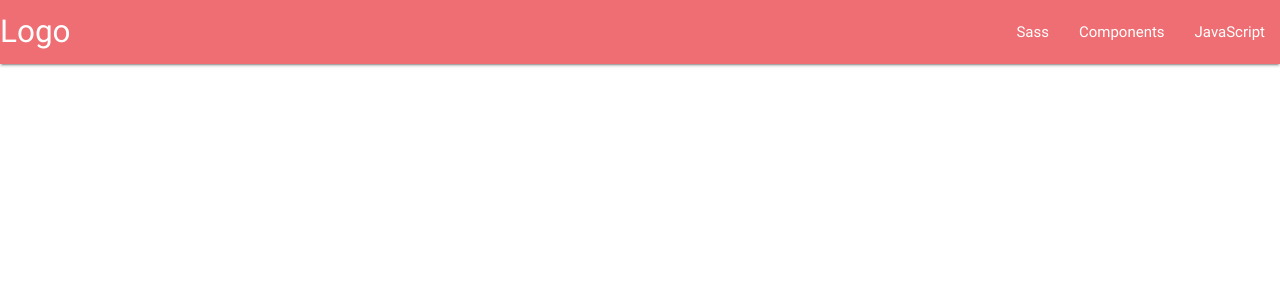
Repository: arcorco/dcd-milestone
Page: http://localhost/
The author's editor kept a record of every edit. The page is drawn from the files as they stood at one moment, then again after the next edit.
The browser window is 1280 px wide. The pictures show the whole page.
Some web libraries are served in a nearby version. The page is served by the project's application, run on Flask 3 (app.py). Queries for data that is not in the repository find no rows.

Above is the page before.

### templates/games.html
{% extends 'base.html' %} {% block content %}
<div class="center game-carousel">

    {% for game in games %}
    <div class="carousel-item red white-text">
        <div class="row">
            <div class="col s6">
                <h1>{{game.game_name}}</h1>
                <ul>
                    <li>
                        <h5 class="white-text"><i class="material-icons">work</i> Manufacturer: {{game.manufacturer}}</h5>
                    </li>
                    <li>
                        <h5 class="white-text"><i class="material-icons">group</i> Number of players: {{game.number_of_players}}</h5>
                    </li>
                    <li>
                        <h5 class="white-text"><i class="material-icons">child_care</i> Age range: {{game.age_range}}</h5>
                    </li>
                </ul>
            </div>
            <div class="col s6">
                <p class="white-text">{{game.game_description}}</p>
                <div class="row">
                    <div class="col s6">
                        <a href="{{url_for('edit_game', game_id=game._id)}}" class="waves-effect waves-light btn"><i class="material-icons right">cloud</i>EDIT</a>
                    </div>
                    <div class="col s6">
                        <a href="{{url_for('delete_game', game_id=game._id)}}" class="waves-effect waves-light btn"><i class="material-icons right">cloud</i>DELETE</a>
                    </div>
                </div>
            </div>
        </div>
    </div>
    {% endfor %}

</div>
{% endblock %}

### templates/base.html
<!DOCTYPE html>
<html>

<head>
    <link href="https://fonts.googleapis.com/icon?family=Material+Icons" rel="stylesheet">
    <link rel="stylesheet" href="https://cdnjs.cloudflare.com/ajax/libs/materialize/0.100.2/css/materialize.min.css">
    <link rel="stylesheet" type="text/css" href="//cdn.jsdelivr.net/npm/slick-carousel@1.8.1/slick/slick.css" />
    <link rel="stylesheet" href="{{url_for('static', filename='css/style.css')}}" type="text/css"/>
</head>

<body>
    <header>
  <nav>
    <div class="nav-wrapper">
      <a href="#" class="brand-logo">Logo</a>
      <ul id="nav-mobile" class="right hide-on-med-and-down">
        <li><a href="sass.html">Sass</a></li>
        <li><a href="badges.html">Components</a></li>
        <li><a href="collapsible.html">JavaScript</a></li>
      </ul>
    </div>
  </nav>

    </header>
    {% block content %} {% endblock %}

    <script src="https://cdnjs.cloudflare.com/ajax/libs/jquery/3.2.1/jquery.min.js"></script>
    <script src="https://cdnjs.cloudflare.com/ajax/libs/materialize/0.100.2/js/materialize.min.js"></script>
    <script type="text/javascript" src="//cdn.jsdelivr.net/npm/slick-carousel@1.8.1/slick/slick.min.js"></script>
    <script type="text/javascript">
        $(document).ready(function() {
            $('.game-carousel').slick({
            });

            $('input#game_description').characterCounter();

            $('select').material_select();
        });

    </script>
</body>

</html>

### app.py
import os
from flask import Flask, render_template, redirect, request, url_for
from flask_pymongo import PyMongo
from bson.objectid import ObjectId

app = Flask(__name__)

app.config["MONGO_DNAME"] = 'game_review'
app.config["MONGO_URI"] = 'mongodb+srv://first_user:WG9zKqgDwfDTHNa@myfirstcluster-74ub4.mongodb.net/game_review?retryWrites=true&w=majority'
#environment variable for username and password

mongo = PyMongo(app)

@app.route('/')
@app.route('/get_games')
def get_games():
    return render_template('games.html', games=mongo.db.games.find())

@app.route('/add_game')
def add_game():
    return render_template('addgame.html')

@app.route('/insert_game', methods=['POST'])
def insert_game():
    games = mongo.db.games
    new_game = request.form.to_dict()
    min_players = new_game.get("number_of_players_min")
    max_players = new_game.get("number_of_players_max")
    min_age = new_game.get("age_range")
    age = "%s+" % min_age
    players = "%s-%s" % (min_players, max_players)
    new_game.update( {'number_of_players' : players} )
    new_game.update( {'age_range' : age} )
    games.insert_one(new_game)
    return redirect(url_for('get_games'))

@app.route('/edit_game/<game_id>')
def edit_game(game_id):
    the_game = mongo.db.games.find_one({"_id": ObjectId(game_id)})
    return render_template('editgame.html', game=the_game)

@app.route('/update_game/<game_id>', methods=["POST"])
def update_game(game_id):
    games = mongo.db.games
    games.update( {'_id': ObjectId(game_id)},
    {
        'game_name':request.form.get('game_name'),
        'game_description':request.form.get('game_description'),
        'manufacturer':request.form.get('manufacturer'),
        'number_of_players_min':request.form.get('number_of_players_min'),
        'number_of_players_max':request.form.get('number_of_players_max'),
        'number_of_players':"%s-%s" % (request.form.get('number_of_players_min'), request.form.get('number_of_players_max')),
        'age_range': "%s+" % (request.form.get('age_range'))
    })
    return redirect(url_for('get_games'))

@app.route('/delete_game/<game_id>')
def delete_game(game_id):
    mongo.db.games.remove({'_id': ObjectId(game_id)})
    return redirect(url_for('get_games'))

@app.route('/get_reviews')
def get_reviews():
    return render_template('reviews.html', reviews=mongo.db.reviews.find())

@app.route('/add_review')
def add_review():
    return render_template('addreview.html', games=mongo.db.games.find())

@app.route('/insert_review', methods=['POST'])
def insert_review():
    reviews = mongo.db.reviews
    new_review = request.form.to_dict()
    recommended = new_review.get("recommended")
    if recommended == "on":
        new_review.update( {'recommended' : 'Yes'} )
    else:
        new_review.update( {'recommended' : 'No' })
    reviews.insert_one(new_review)
    return redirect(url_for('get_reviews'))

@app.route('/edit_review/<review_id>')
def edit_review(review_id):
    the_review = mongo.db.reviews.find_one({"_id": ObjectId(review_id)})
    return render_template('editreview.html', review=the_review, games=mongo.db.games.find())

@app.route('/update_review/<review_id>', methods=["POST"])
def update_review(review_id):
    reviews = mongo.db.reviews
    updated_review = request.form.to_dict()
    recommended = updated_review.get("recommended")
    if recommended == "on":
        reviews.update({'_id':ObjectId(review_id)},
        {
            'game_name':request.form.get('game_name'),
            'review':request.form.get('review'),
            'rating':request.form.get('rating'),
            'recommended': "Yes"
        })
    else:
        reviews.update({'_id':ObjectId(review_id)},
        {
            'game_name':request.form.get('game_name'),
            'review':request.form.get('review'),
            'rating':request.form.get('rating'),
            'recommended': "No"
        })
    return redirect(url_for('get_reviews'))

@app.route('/delete_review/<review_id>')
def delete_review(review_id):
    mongo.db.reviews.remove({'_id': ObjectId(review_id)})
    return redirect(url_for('get_reviews'))

if __name__ == "__main__":
    app.run(host=os.environ.get('IP'),
            port=int(os.environ.get('PORT')),
            debug=True)

Loaded but not shown: static/css/style.css (common file)

After the next edit:
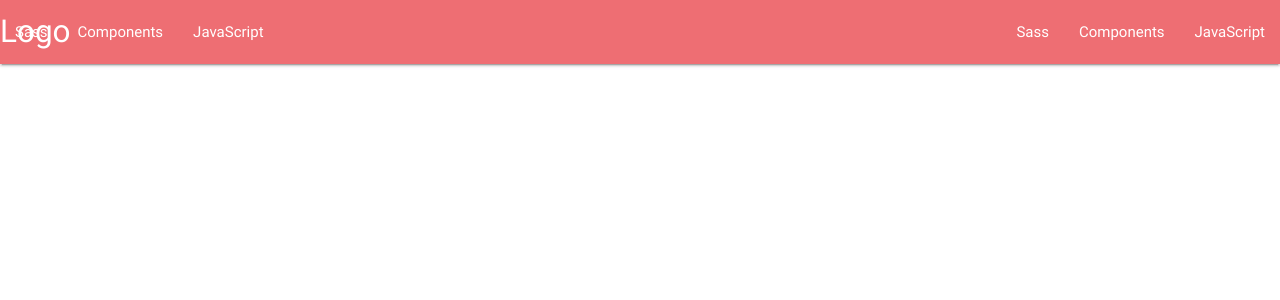
The edit:
--- a/templates/base.html
+++ b/templates/base.html
@@ -5,22 +5,27 @@
     <link href="https://fonts.googleapis.com/icon?family=Material+Icons" rel="stylesheet">
     <link rel="stylesheet" href="https://cdnjs.cloudflare.com/ajax/libs/materialize/0.100.2/css/materialize.min.css">
     <link rel="stylesheet" type="text/css" href="//cdn.jsdelivr.net/npm/slick-carousel@1.8.1/slick/slick.css" />
-    <link rel="stylesheet" href="{{url_for('static', filename='css/style.css')}}" type="text/css"/>
+    <link rel="stylesheet" href="{{url_for('static', filename='css/style.css')}}" type="text/css" />
 </head>
 
 <body>
     <header>
-  <nav>
-    <div class="nav-wrapper">
-      <a href="#" class="brand-logo">Logo</a>
-      <ul id="nav-mobile" class="right hide-on-med-and-down">
-        <li><a href="sass.html">Sass</a></li>
-        <li><a href="badges.html">Components</a></li>
-        <li><a href="collapsible.html">JavaScript</a></li>
-      </ul>
-    </div>
-  </nav>
+        <nav>
+            <div class="nav-wrapper">
+                <a href="#" class="brand-logo">Logo</a>
+                <ul id="nav-mobile" class="right hide-on-med-and-down">
+                    <li><a href="sass.html">Sass</a></li>
+                    <li><a href="badges.html">Components</a></li>
+                    <li><a href="collapsible.html">JavaScript</a></li>
+                </ul>
 
+                <ul class="sidenav" id="mobile-demo">
+                    <li><a href="sass.html">Sass</a></li>
+                    <li><a href="badges.html">Components</a></li>
+                    <li><a href="collapsible.html">JavaScript</a></li>
+                </ul>
+            </div>
+        </nav>
     </header>
     {% block content %} {% endblock %}
 
@@ -29,14 +34,12 @@
     <script type="text/javascript" src="//cdn.jsdelivr.net/npm/slick-carousel@1.8.1/slick/slick.min.js"></script>
     <script type="text/javascript">
         $(document).ready(function() {
-            $('.game-carousel').slick({
-            });
+            $('.game-carousel').slick({});
 
             $('input#game_description').characterCounter();
 
             $('select').material_select();
         });
-
     </script>
 </body>
 

After the 2 edits that followed:
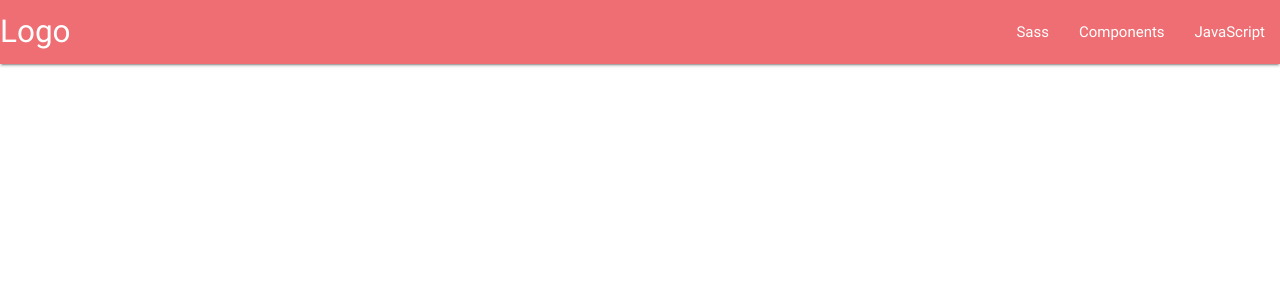
The 2 edits are shown as one change because 1 left the picture as it was.
The edit:
--- a/templates/base.html
+++ b/templates/base.html
@@ -13,13 +13,14 @@
         <nav>
             <div class="nav-wrapper">
                 <a href="#" class="brand-logo">Logo</a>
+                <a href="#" data-activates="mobile-demo" class="button-collapse"><i class="material-icons">menu</i></a>
                 <ul id="nav-mobile" class="right hide-on-med-and-down">
                     <li><a href="sass.html">Sass</a></li>
                     <li><a href="badges.html">Components</a></li>
                     <li><a href="collapsible.html">JavaScript</a></li>
                 </ul>
 
-                <ul class="sidenav" id="mobile-demo">
+                <ul class="side-nav" id="mobile-demo">
                     <li><a href="sass.html">Sass</a></li>
                     <li><a href="badges.html">Components</a></li>
                     <li><a href="collapsible.html">JavaScript</a></li>
